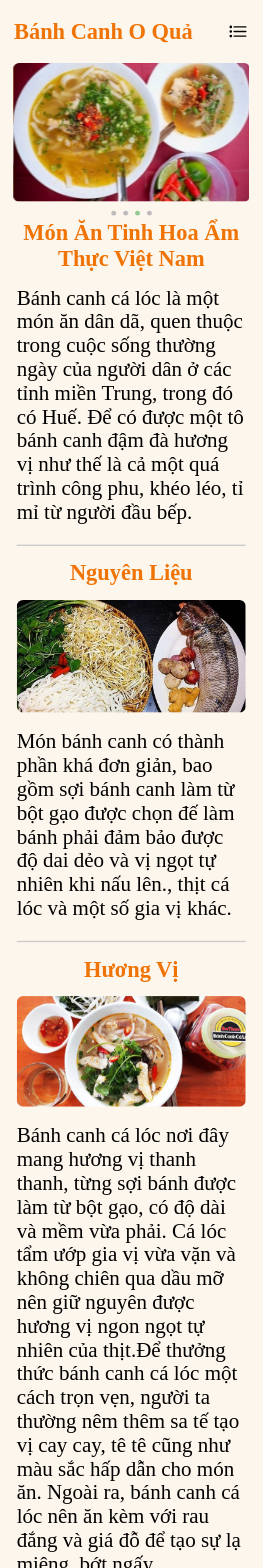
Repository: LeCongTuan2608/AmThuc
Page: index.html
An editor plug-in stored every save of this project. The page is shown before and after the next save, followed by the edit.
The browser window is 375 px wide. The pictures show the part of the page from y = 0 to 2240 px (the page is 3525 px tall before and 3530 px after), at 70% of full size.
Some web fonts or font styles are not loaded; a fallback is used. Some web libraries are served in a nearby version. The style sheet was rebuilt from its Sass, Less or Tailwind sources for each picture, by a compiler version that may differ from the author's.

Above is the page before, as saved 2022-04-15 14:16:31.

After the next save:
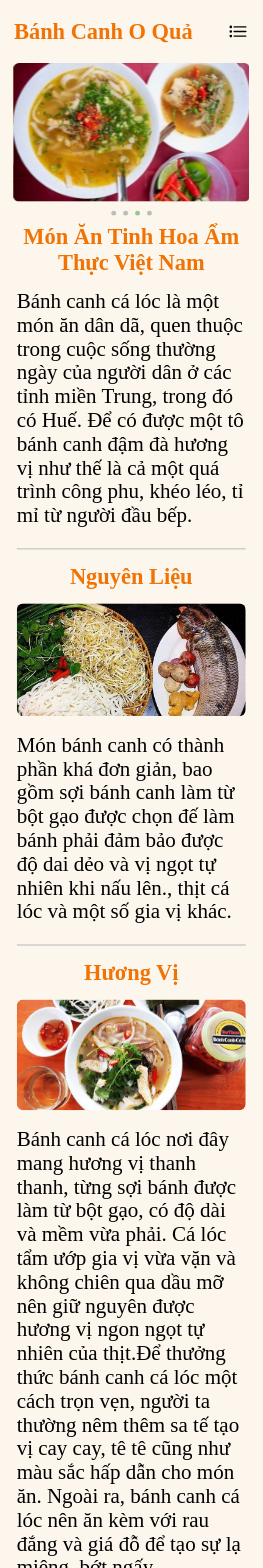
Saved 27 s later.
--- a/sass/index.scss
+++ b/sass/index.scss
@@ -152,7 +152,7 @@ footer{
     #contents{
         width: auto;
         height: auto;
-        padding: 5px 5px 10px 5px;
+        padding: 10px 5px 10px 5px;
     }
     .slick-dots button{
         font-size: 0;
